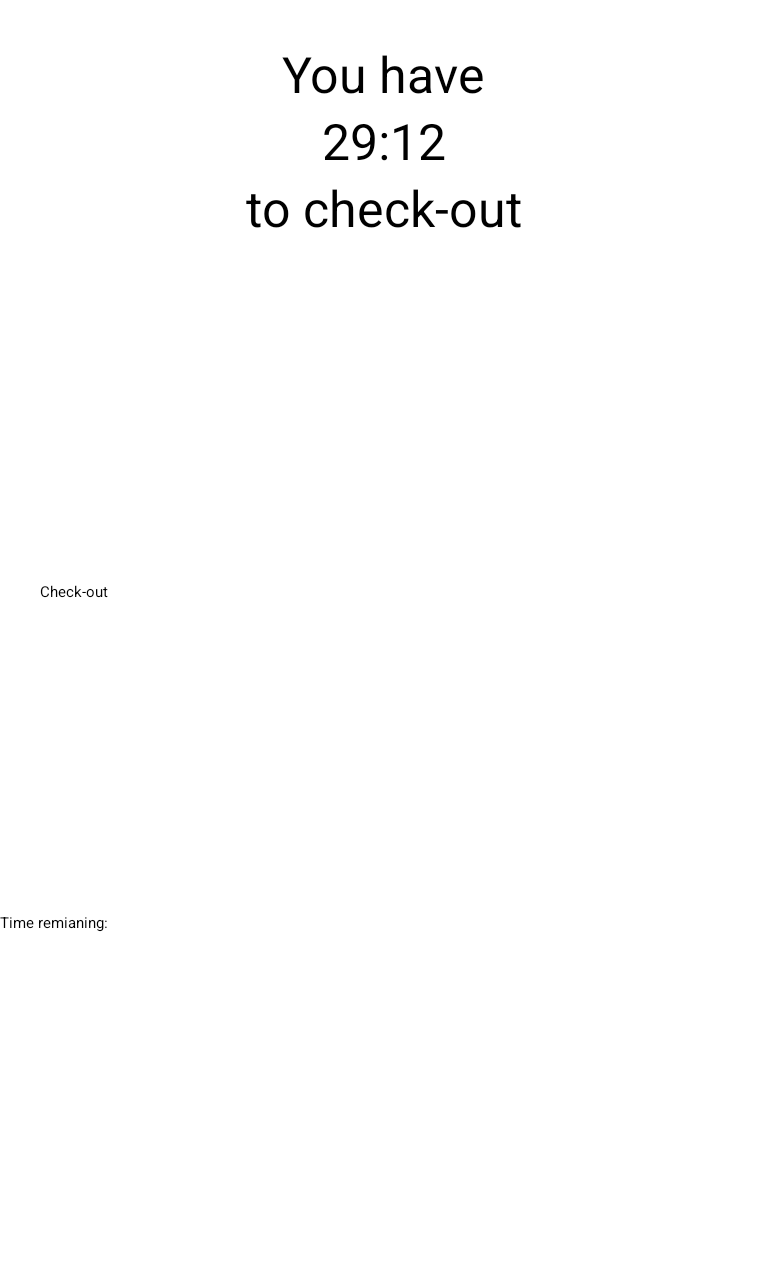
Repository: leo195162839/Test-Repo
Layout: TravelGuardian/res/layout/fragment_count__time__left.xml
These files come from the project's save history. The layout is drawn as it stood at one moment and after the next save; the edit follows.
It is drawn on a 768 x 1280 px phone screen (xhdpi) without system bars, with theme Theme.Base.AppCompat; the app's code is not run.

Above is the layout before, as saved 2014-06-15 17:57:08.

### TravelGuardian/res/layout/fragment_count__time__left.xml
<?xml version="1.0" encoding="utf-8"?>
<LinearLayout xmlns:android="http://schemas.android.com/apk/res/android"
    android:layout_width="match_parent"
    android:layout_height="match_parent"
    android:orientation="vertical" >

    <TextView
        android:id="@+id/time_left_content1"
        android:layout_width="wrap_content"
        android:layout_height="wrap_content"
        android:layout_gravity="center"
        android:textSize="25sp"
        android:paddingTop="20sp"
        android:text="@string/count_time_left1" />

    <!-- need to change to count down timer -->
     <TextView
        android:id="@+id/count_down_timer"
        android:layout_width="wrap_content"
        android:layout_height="wrap_content"
        android:layout_gravity="center"
        android:textSize="25sp"
        android:text="@string/count_down_timer" />

      <TextView
        android:id="@+id/time_left_content2"
        android:layout_width="wrap_content"
        android:layout_height="wrap_content"
        android:layout_gravity="center"
        android:textSize="25sp"
        android:paddingBottom="150sp"
        android:text="@string/count_time_left2" />

    <Button
        android:layout_width="fill_parent"
        android:layout_height="wrap_content"
        android:padding="20sp"
        android:paddingBottom="100sp"
        android:onClick="checkedOut"
        android:text="@string/button_checkout" />

    <TextView
        android:id="@+id/time_remianing"
        android:layout_width="wrap_content"
        android:layout_height="wrap_content"
        android:layout_marginTop="135sp"
        android:text="@string/time_remianing" />

    <ProgressBar
        android:id="@+id/progressBar1"
        style="?android:attr/progressBarStyleHorizontal"
        android:layout_marginTop="10sp"
        android:layout_width="fill_parent"
        android:layout_height="wrap_content" />

</LinearLayout>

### TravelGuardian/res/values/strings.xml
<?xml version="1.0" encoding="utf-8"?>
<resources>

    <string name="app_name">Travel Guardian</string>
    <string name="hello_world">Hello world!</string>
    <string name="action_settings">Settings</string>
    <string name="button_login">Login</string>
    <string name="title_activity_start">Travel Guardian</string>
    <string name="logged_in_as">Logged in as</string>
    <string name="username">name@domain.com</string>
    <string name="button_sign_out">Sign Out</string>
    <string name="button_start">Start a Trip</string>
    <string name="title_activity_data_entry">Travel Guardian: Start a Trip</string>
    <string name="textView_emergency_contacts">Who would you like to contact in the event of an emergency?</string>
    <string name="edit_contacts">Enter an email address</string>
    <string name="textView_destination">Where will you be traveling to?</string>
    <string name="edit_destination">Enter location name or coordinates</string>
    <string name="textView_host">What is your host contact?</string>
    <string name="edit_host">Enter hotel/host contact info</string>
    <string name="textView_pingFrequency">GPS Ping Frequency: 0 hour(s)</string>
    <string name="button_setDate">Set Return Date</string>
    <string name="button_setTime">Set Return Time</string>
    <string name="button_startTrip">Start Trip</string>
    <string name="count_time_left1">You have</string>
    <string name="count_down_timer">29:12</string>
    <string name="time_remianing">Time remianing:</string>
    <string name="count_time_left2">to check-out</string>
    <string name="button_checkout">Check-out</string>
    <string name="title_activity_count__time__left">Count_Time_Left</string>
    <string name="title_activity_checked_out">CheckedOut</string>
    <string name="title_activity_broadcast">Broadcast</string>
    <string name="Sent_Notification">The following Emergency Broadcast Message has been sent to you emergency contact.</string>
    <string name="Broadcast_Message">TRAVEL GUARDIAN EMERGENCY NOTIFICATION:
                                     \nJane Doe failed to check out at 8:00pm.
                                     \nReported Destination: Vanoise National Park, Savoie, France
                                     \nLast GPS Ping: 41° 24\' 12.1674", 2° 10\' 26.508
                                     \n@ 7:45pm UTC 05/12/2014
                                     \nHost Contact: Hotel, (123) 281-2729</string>
    <string name="Congrats"><b>Congratulations!\nChecked Out Succefully!</b></string>

</resources>

After the next save:
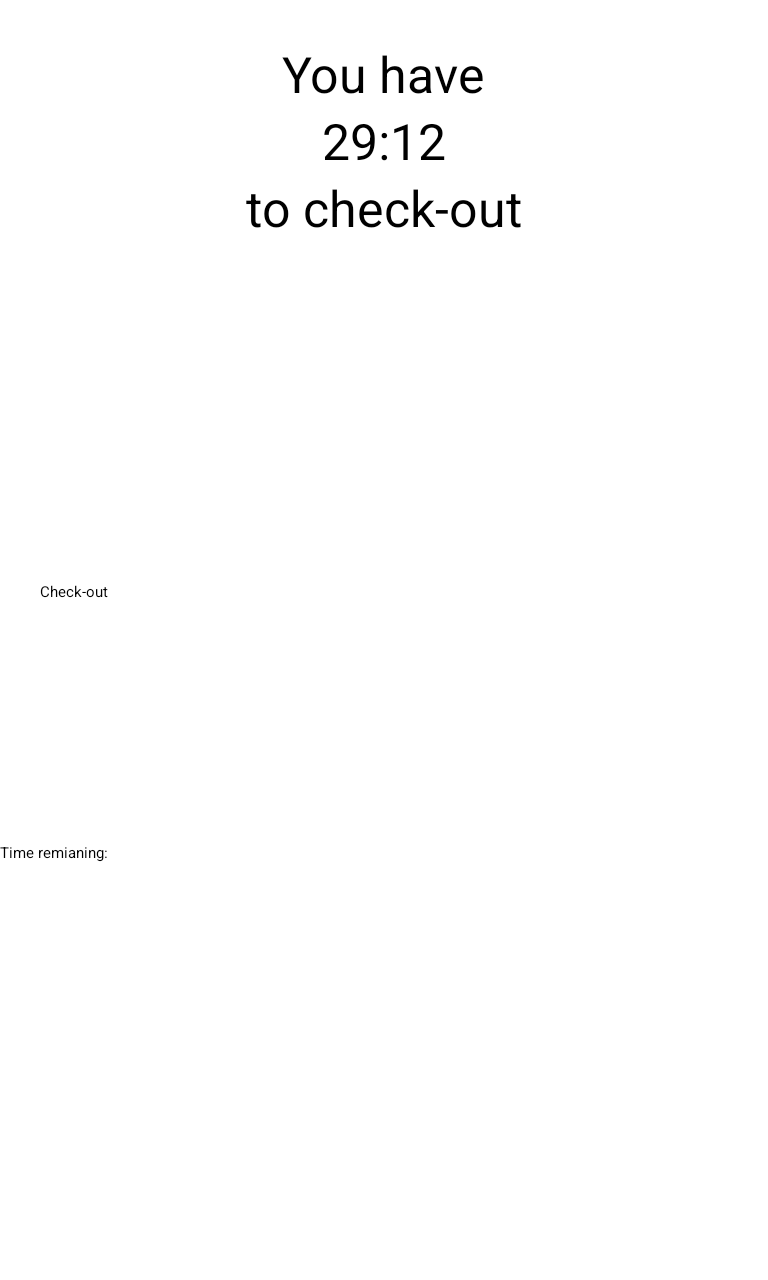
Saved 8 s later.
--- a/TravelGuardian/res/layout/fragment_count__time__left.xml
+++ b/TravelGuardian/res/layout/fragment_count__time__left.xml
@@ -43,7 +43,7 @@
         android:id="@+id/time_remianing"
         android:layout_width="wrap_content"
         android:layout_height="wrap_content"
-        android:layout_marginTop="135sp"
+        android:layout_marginTop="100sp"
         android:text="@string/time_remianing" />
 
     <ProgressBar
